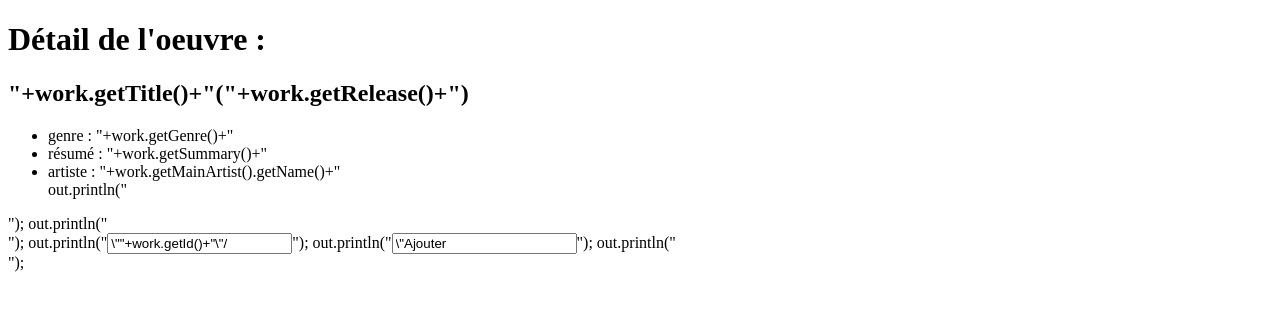
Repository: Fabff/javaWebService
Page: http://localhost/frontoffice/WEB-INF/work-details.jsp
These files come from the project's save history. The page is drawn as it stood at one moment and after the next save; the edit follows.
The browser window is 1280 px wide. The pictures show the whole page.
The page is served by Tomcat 9. Nobody is signed in. The template is opened directly, without the code that normally fills it, so the values that code supplies are empty.

Above is the page before, as saved 2023-04-22 18:53:55.

After the next save:
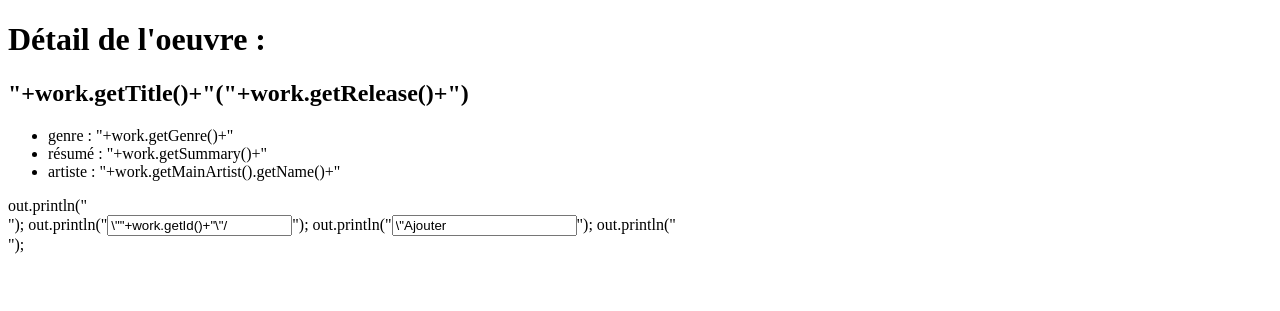
Saved 7 s later.
--- a/frontoffice/src/main/webapp/WEB-INF/work-details.jsp
+++ b/frontoffice/src/main/webapp/WEB-INF/work-details.jsp
@@ -13,7 +13,7 @@
 <li> genre : "+work.getGenre()+"</li>
 <li> résumé : "+work.getSummary()+"</li>
 <li> artiste : "+work.getMainArtist().getName()+"</li>
-			out.println("</ul>");
+</ul>
 
 
 			out.println("<form action=\"addToCart\" method=\"POST\">");
